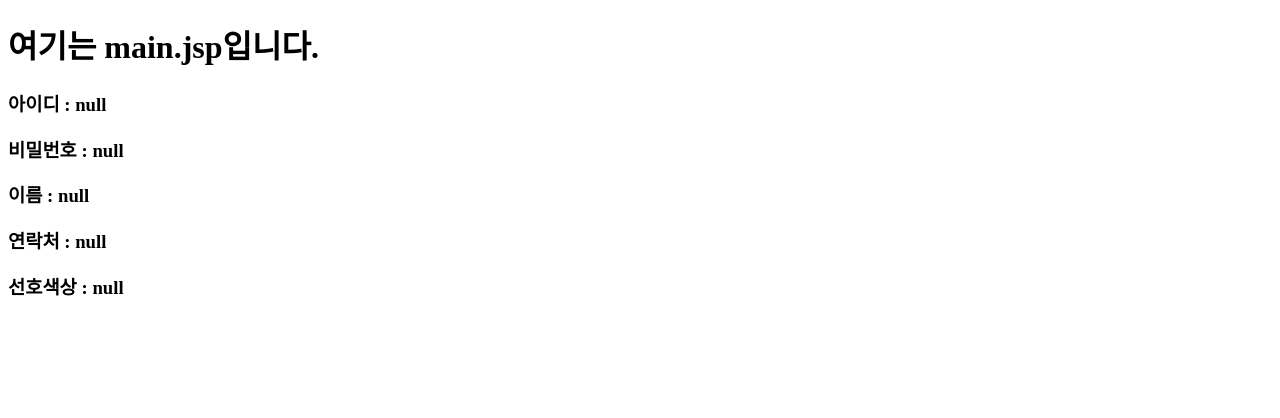
Repository: dychung1021/newrepository
Page: http://localhost/JSP05/main.jsp
The author's editor kept a copy of each file at every save. The page is drawn from the files as they stood at one save, then again after the next save.
The browser window is 1280 px wide. The pictures show the whole page.
The page is served by Tomcat 9.

Above is the page before, as saved 2024-05-10 05:06:06.
Console error: TypeError: document.getElementByTagName is not a function

### JSP/JSP05/src/main/webapp/main.jsp
<%@ page language="java" contentType="text/html; charset=utf-8"
    pageEncoding="utf-8"%>
<!DOCTYPE html>
<html>
	<head>
		<meta charset="utf-8">
		<title>메인페이지입니다.</title>
	</head>
	<body>
		<h1> 여기는 main.jsp입니다.</h1>
		<%
			String user=request.getParameter("id");
			String pass=request.getParameter("pw");
			String user_name=request.getParameter("nm");
			String user_phone=request.getParameter("phone");
			String bg=request.getParameter("c");
		%>
		<h3>아이디 : <%=user %></h3>
		<h3>비밀번호 : <%=pass %></h3>
		<h3>이름 : <% out.print(user_name); %></h3>
		<h3>연락처 : <% out.print(user_phone); %></h3>
		<h3>선호색상 : <%=bg %></h3>
		<div style="width:200px; height:200px; background-color:<%=bg%>;"></div>
		<script>
			var user=document.getElementByTagName("h3")[0];
			user.setAttribute("style", "color:<%=bg%>");
		</script>
	</body>
</html>

After the next save:
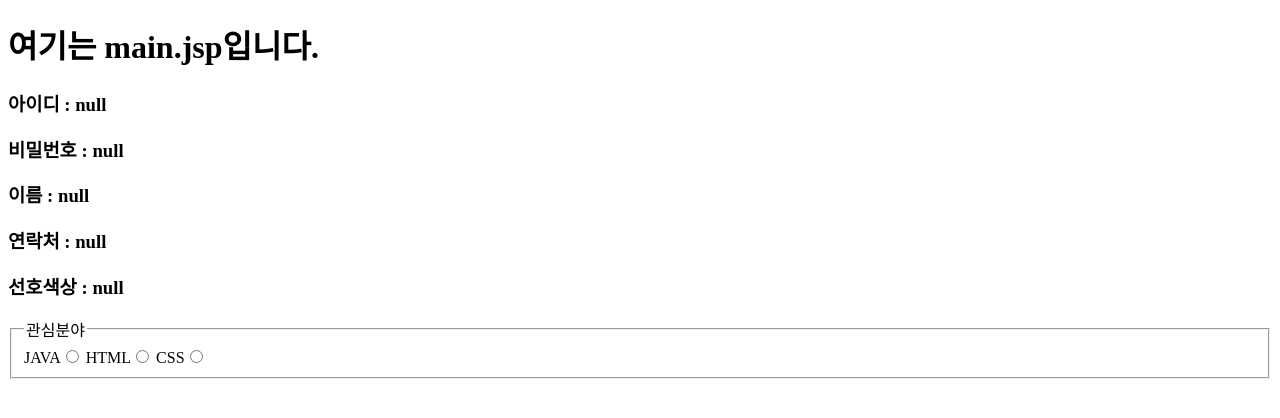
Saved 4 min 42 s later.
--- a/JSP/JSP05/src/main/webapp/main.jsp
+++ b/JSP/JSP05/src/main/webapp/main.jsp
@@ -20,7 +20,12 @@
 		<h3>이름 : <% out.print(user_name); %></h3>
 		<h3>연락처 : <% out.print(user_phone); %></h3>
 		<h3>선호색상 : <%=bg %></h3>
-		<div style="width:200px; height:200px; background-color:<%=bg%>;"></div>
+			<fieldset>
+				<legend>관심분야</legend>
+				JAVA<input type="radio" name="subject" value="java">
+				HTML<input type="radio" name="subject" value="html">
+				CSS<input type="radio" name="subject" value="css">
+			</fieldset>
 		<script>
 			var user=document.getElementByTagName("h3")[0];
 			user.setAttribute("style", "color:<%=bg%>");
